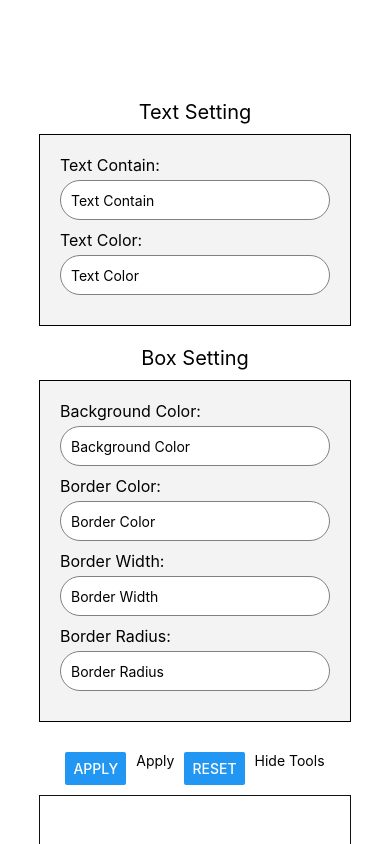
Repository: amirjavadikia/mobile-projectg
Screen: /
These files come from the project's save history. The screen is drawn as it stood at one moment and after the next save; the edit follows.
An inner scrolling area shows only its first screen. The app was drawn by React Native's web renderer in a window 390 px wide. The project was rebuilt for these pictures with package versions that can differ from the ones it lists, and the page was loaded fresh each time.

Above is the screen before, as saved 2024-05-14 22:12:25.

### App.tsx
//
// => BOXES PROJECT
//

// import React from 'react';
// import { View, Text, StyleSheet } from 'react-native';
// import { FontAwesomeIcon } from '@fortawesome/react-native-fontawesome';
// import { faGear } from '@fortawesome/free-solid-svg-icons/faGear';
// import { faLocationDot } from '@fortawesome/free-solid-svg-icons/faLocationDot';
// import { faAddressBook } from '@fortawesome/free-solid-svg-icons/faAddressBook';


// const MainPage = () => {
//   return (
//     <View style={styles.container}>

//       <View style={[styles.blueBackground]}>
//         <Text style={styles.text}>Welcome to my app!</Text>
//       </View>


//       <View style={[styles.box, styles.purpleBackground]}>
//       <FontAwesomeIcon icon={faLocationDot} />
//         <Text style={styles.text}>Location</Text>
//       </View>


//       <View style={[styles.box, styles.yellowBackground]}>
//       <FontAwesomeIcon icon={faGear} />
//         <Text style={styles.text}>Settings</Text>
//       </View>


//       <View style={[styles.box, styles.redBackground]}>
//       <FontAwesomeIcon icon={faAddressBook} />
//         <Text style={styles.text}>Contacts</Text>
//       </View>

//     </View>
//   );
// };

// const styles = StyleSheet.create({
//   container: {
//     justifyContent: 'center',
//     alignItems: 'center',
//     margin: 10
//   },
//   box: {
//     width: '100%',
//     height: 100,
//     borderRadius: 10,
//     marginBottom: 15,
//     justifyContent: 'center',
//     textAlign: 'center',
//     alignItems: 'center',
//   },
//   blueBackground: {
//     backgroundColor: '#01008A',
//     borderRadius: 30,
//     width: '100%',
//     height: '10%',
//     justifyContent: 'center',
//     alignItems: 'center',
//     marginBottom: 20
//   },
//   purpleBackground: {
//     backgroundColor: '#810081',
//   },
//   yellowBackground: {
//     backgroundColor: '#fea501',
//   },
//   redBackground: {
//     backgroundColor: '#fe0002',
//   },
//   text: {
//     color: 'white',
//     fontSize: 20,
//     marginLeft: 10,
//   },
// });

// export default MainPage;





//
// => MIDTERM PROJECT
//


import React, { useState } from 'react';
import { View, Text, TextInput, StyleSheet, Button, ScrollView, TouchableOpacity } from 'react-native';

const App = () => {
  const [text, setText] = useState('');
  const [showTools, setShowTools] = useState(true);
  const [newText, setNewText] = useState('');
  const [newTextColor, setNewTextColor] = useState('');
  const [newBackgroundColor, setNewBackgroundColor] = useState('');
  const [newBorderColor, setNewBorderColor] = useState('');
  const [newBorderWidth, setNewBorderWidth] = useState('');
  const [newBorderRadius, setNewBorderRadius] = useState('');
  const [applyChanges, setApplyChanges] = useState(false);

  const handleTextChange = (inputText) => {
    setNewText(inputText);
    setApplyChanges(false);
  };

  const handleTextColorChange = (inputText) => {
    setNewTextColor(inputText);
    setApplyChanges(false);
  };

  const handleBackgroundChange = (inputText) => {
    setNewBackgroundColor(inputText);
    setApplyChanges(false);
  };

  const handleBorderColorChange = (inputText) => {
    setNewBorderColor(inputText);
    setApplyChanges(false);
  };

  const handleBorderWidthChange = (inputText) => {
    setNewBorderWidth(inputText);
    setApplyChanges(false);
  };

  const handleBorderRadiusChange = (inputText) => {
    setNewBorderRadius(inputText);
    setApplyChanges(false);
  };

  const handleApplyChanges = () => {
    setText(newText);
    setApplyChanges(true);
  };

  const handleResetChanges = () => {
    setApplyChanges(false);
    setText('');
    setNewText('');
    setNewTextColor('');
    setNewBackgroundColor('');
    setNewBorderColor('');
    setNewBorderWidth('');
    setNewBorderRadius('');
  };

  const handleToggleTools = () => {
    setShowTools(!showTools);
  };

  return (
    <ScrollView contentContainerStyle={styles.scrollViewContent}>
      <View style={styles.container}>
        {showTools && (
          <>
            <Text style={styles.title}>Text Setting</Text>
            <View style={styles.section}>
              <Text style={styles.label}>Text Contain:</Text>
              <TextInput
                style={styles.input}
                onChangeText={handleTextChange}
                value={newText}
                placeholder="Text Contain"
              />
              <Text style={styles.label}>Text Color:</Text>
              <TextInput
                style={styles.input}
                onChangeText={handleTextColorChange}
                value={newTextColor}
                placeholder="Text Color"
              />
            </View>

            <Text style={styles.title}>Box Setting</Text>
            <View style={styles.section}>
              <Text style={styles.label}>Background Color:</Text>
              <TextInput
                style={styles.input}
                onChangeText={handleBackgroundChange}
                value={newBackgroundColor}
                placeholder="Background Color"
              />
              <Text style={styles.label}>Border Color:</Text>
              <TextInput
                style={styles.input}
                onChangeText={handleBorderColorChange}
                value={newBorderColor}
                placeholder="Border Color"
              />
              <Text style={styles.label}>Border Width:</Text>
              <TextInput
                style={styles.input}
                onChangeText={handleBorderWidthChange}
                value={newBorderWidth}
                placeholder="Border Width"
              />
              <Text style={styles.label}>Border Radius:</Text>
              <TextInput
                style={styles.input}
                onChangeText={handleBorderRadiusChange}
                value={newBorderRadius}
                placeholder="Border Radius"
              />
            </View>


          </>
        )}
        <View style={styles.buttonGroup}>
              { showTools && (
                <>
                <View style={styles.applyButton}>
                  <Button title="Apply" onPress={handleApplyChanges} />
                </View>
                <TouchableOpacity
               onPress={handleApplyChanges}
               style={styles.applyButton}
            >
              <Text>Apply</Text>
            </TouchableOpacity>

                <View style={styles.resetButton}>
                <Button title="Reset" onPress={handleResetChanges} />
                </View>
                </>
              )}
              <TouchableOpacity
               onPress={handleToggleTools}
               style={styles.showButton}
            >
              <Text>{showTools ? "Hide Tools" : "Show Tools"}</Text>
            </TouchableOpacity>
            </View>
        <View style={[styles.box, { backgroundColor: applyChanges ? newBackgroundColor : '#fff', borderRadius: applyChanges ? parseInt(newBorderRadius) || 0 : 0, borderWidth: applyChanges ? parseInt(newBorderWidth) || 1 : 1, borderColor: applyChanges ? newBorderColor : "#111" }]}>
          <Text style={[styles.boxText, {color: applyChanges ? newTextColor : ''}]}>{text}</Text>
        </View>
      </View>
    </ScrollView>
  );
};

const styles = StyleSheet.create({
  scrollViewContent: {
    flexGrow: 1,
  },
  container: {
    flex: 1,
    alignItems: 'center',
    justifyContent: 'center',
    marginTop: 100,
    backgroundColor: '#fff',
  },
  section: {
    width: '80%',
    marginBottom: 20,
    backgroundColor: "#f3f3f3",
    borderWidth: 1,
    padding: 20
  },
  title: {
    fontSize: 20,
    marginBottom: 10,
  },
  label: {
    fontSize: 16,
    marginBottom: 5,
  },
  input: {
    width: '100%',
    height: 40,
    borderWidth: 1,
    borderColor: 'gray',
    marginBottom: 10,
    paddingHorizontal: 10,
    textAlign: 'left',
    borderRadius: 30,
    backgroundColor: "#fff"
  },
  box: {
    width: '80%',
    height: 100,
    backgroundColor: '#fff',
    justifyContent: 'center',
    alignItems: 'center',
  },
  boxText: {

  },
  buttonGroup: {
    display: 'flex',
    flexDirection: 'row',
    justifyContent: 'space-around',
    marginVertical: 10,
  },
  applyButton: {
    marginRight: 10,
    borderRadius: 20
  },
  resetButton: {
    marginRight: 10
  },
  showButton: {
    borderRadius: 20
  }
});

export default App;

After the next save:
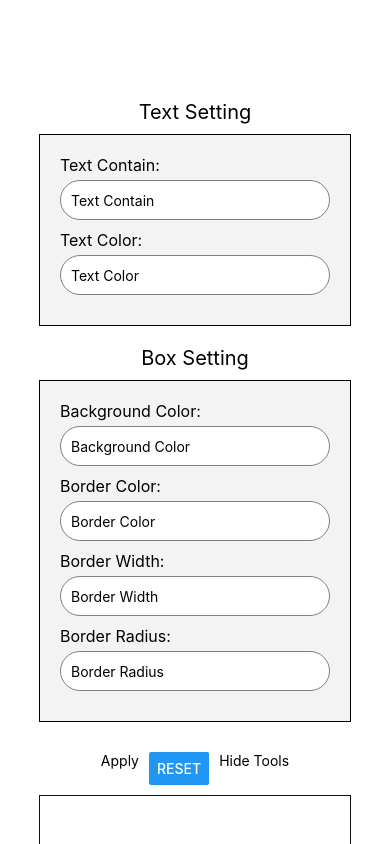
Saved 5 s later.
--- a/App.tsx
+++ b/App.tsx
@@ -216,9 +216,6 @@ const App = () => {
         <View style={styles.buttonGroup}>
               { showTools && (
                 <>
-                <View style={styles.applyButton}>
-                  <Button title="Apply" onPress={handleApplyChanges} />
-                </View>
                 <TouchableOpacity
                onPress={handleApplyChanges}
                style={styles.applyButton}
